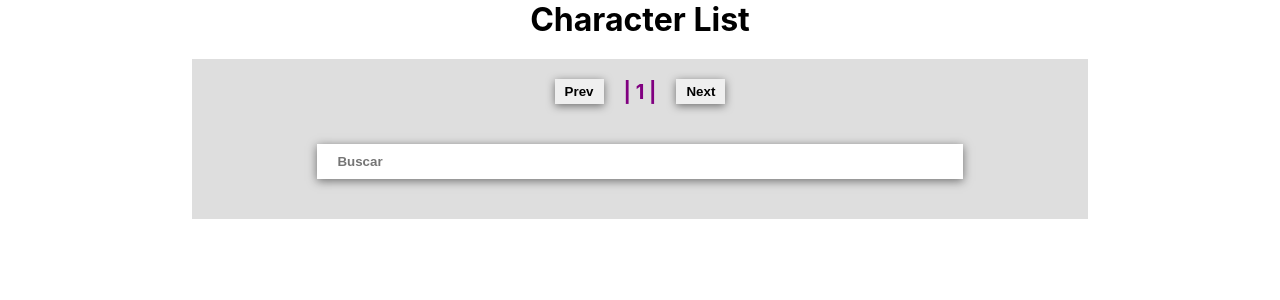
Repository: DanielVegaf/rick-and-morty-api
Page: /
An editor plug-in stored every save of this project. The page is shown before and after the next save, followed by the edit.
The browser window is 1280 px wide. The pictures show the whole page.
The page's requests for data from a server got no answer. The project was rebuilt for these pictures with package versions that can differ from the ones it lists, and the page was loaded fresh each time. No one was signed in, and anything a server would have sent is missing. Also part of the build but not shown: vite.config.js, src/components/characterDetails/CharacterDetails.jsx.

Above is the page before, as saved 2022-07-11 12:19:29.

### src/App.jsx
import { Routes, Route } from 'react-router-dom';

import './App.css'
import { CharacterDetails } from './components/characterDetails/CharacterDetails';
import { CharactersList } from './components/characterList/CharactersList';


function App() {

  return (
    <div className="App">
        <Routes>
          <Route path='/' element={<CharactersList />}/>
          <Route path='/character/:characterId' element={<CharacterDetails />}/>
        </Routes>
    </div>
  )
}

export default App

### src/App.css
:root{
  --ShadowBox: 0 2px 9px rgb(0, 0, 0, 0.5);
}

*{
  margin: 0;
  padding: 0;
  box-sizing: border-box;
  text-decoration: none;
}

.App {
  display: flex;
  flex-direction: column;
  align-items: center;
  text-align: center;
}

.container{
  width: 70%;
  margin: 20px;
  background-color: rgb(222, 222, 222);
}

.buttons{
  display: flex;
  align-items: center;
  justify-content: center;
  padding: 20px;
}

.buttons button{
  font-weight: bold;
  border: none;
  margin: 0 20px;
  padding: 5px 10px;
  cursor: pointer;
  transition: transform .1s ease-in-out;
  box-shadow: var(--ShadowBox);
}
.buttons button:active {
  transform: scale(.93);
}
.page{
  color: purple;
  font-weight: bold;
  font-size: 20px;
}

input{
  margin: 20px 0 40px;
  padding: 10px 20px;
  border: none;
  box-shadow: var(--ShadowBox);
  font-weight: bold;
  outline: none;
  width: 72%;
}

.gallery{
  display: flex;
  align-items: center;
  justify-content: center;
  margin: 0 0 40px;
}

.infoImage{
  width: 300px;
  height: 300px;
  overflow: hidden;
}

.infoImage img{
  width: inherit;
  height: inherit;
  transition: transform .2s ease-in-out;
}

.infoImage img:hover{
  transition: transform .2s ease-in-out;
  transform: scale(1.1);
}


.info{
  width: 300px;
  box-shadow: var(--ShadowBox);
  color: forestgreen;
  font-weight: bold;
  font-size: 24px;
  cursor: pointer;
}

.info:active{
  transform: scale(.99);
}

.infoName{
  padding: 20px;
  background-color: white;
}

/* Character Details */

.Details{
  /* background-color: blueviolet; */
  display: flex;
  flex-direction: column;
  width: 90%;
  height: 100vh;
}

.GoHome{
  display: flex;
  align-items: center;
  justify-content: center;
  width: 60px;
  padding: 10px;
  margin: 20px 0 40px;
  box-shadow: var(--ShadowBox);
  font-weight: bold;
  cursor: pointer;
  transition: transform .1s ease-in-out;
  background-color: white;
}

.GoHome:active{
  transform: scale(.93);
}

.GoHome a{
  color: purple;
}

### src/components/characterList/CharactersList.jsx
import { useState, useEffect, useRef } from 'react';
import { Link } from 'react-router-dom';

import { getAllCharacters, searchCharacter } from '../../services/api';

export function CharactersList() {

    const inputSearch = useRef(null);
    const [character, setCharacter] = useState([])
    const [page, setPage] = useState(1)
    const [search, setSearch] = useState("")

    useEffect(() => {
        getAllCharacters(page)
            .then(setCharacter)
            .catch(console.log)
    }, [page])

    const onChangePage = (next) => {
        if (!character.previous && page + next <= 0) return;
        if (!character.next && page + next >= 42) return;

        setPage(page + next)
    }

    const onTextSearch = (event) => {
        event.preventDefault();
        const text = inputSearch.current.value;
        setSearch(text);
    }

    const onSearchSubmit = (event) => {
        if (event.key !== 'Enter') return;

        inputSearch.current.value = "";
        searchCharacter(search).then(setCharacter).catch(console.log);
    }

    return (
        <>
            <h1>Character List</h1>
            <div className="container">

                <div className="buttons">
                    <button onClick={() => onChangePage(-1)}>Prev</button>
                    <p className='page'>| {page} |</p>
                    <button onClick={() => onChangePage(1)}>Next</button>
                </div>

                <input
                    ref={inputSearch}
                    type="text"
                    onChange={onTextSearch}
                    onKeyDown={onSearchSubmit}
                    placeholder="Buscar"
                />

                {
                    character?.results?.map((char, index) => {
                        return (
                            <div
                                className='gallery'
                                key={index}
                            >
                                <Link to={`/character/${char.id}`}>
                                    <div className="info">
                                        <div className="infoImage">
                                            <img src={char.image} alt="" />
                                        </div>
                                        <div className="infoName">
                                            <p>{char.name}</p>
                                        </div>
                                    </div>
                                </Link>
                            </div>
                        )
                    })
                }
            </div>
        </>
    );
};

### src/services/api.js
const BASE_URL = "https://rickandmortyapi.com/api/character";

export async function getAllCharacters(page = 1){
    try {
        const response = await fetch(`${BASE_URL}/?page=${page}`);
        const data = await response.json();
        // console.log(data);
        return data;
    } catch (error) {
        console.log(error);
    }
}

export async function searchCharacter(name){
    try {
        const response = await fetch(`${BASE_URL}/?name=${name}`)
        const data = await response.json();
        // console.log(data);
        return data;
    } catch (error) {
        console.log(error);
    }
}


export async function getSingleCharacter(id){
    try {
        const response = await fetch(`${BASE_URL}/${id}`);
        const data = await response.json();
        // console.log(data);
        return data;
    } catch (error) {
        console.log(error);
    }
}

Loaded but not shown: index.html (common file); src/main.jsx (common file); src/index.css (common file)

After the next save:
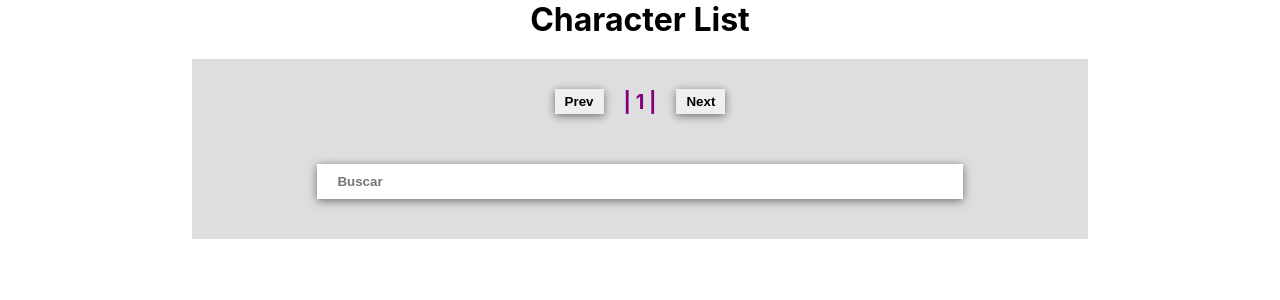
Saved 9 s later.
--- a/src/App.css
+++ b/src/App.css
@@ -26,7 +26,7 @@
   display: flex;
   align-items: center;
   justify-content: center;
-  padding: 20px;
+  padding: 30px;
 }
 
 .buttons button{

After the save that followed:
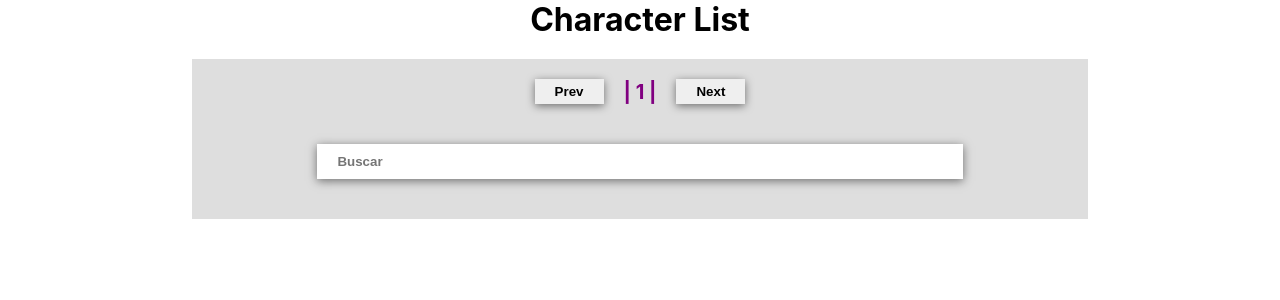
Saved 7 s later.
--- a/src/App.css
+++ b/src/App.css
@@ -26,14 +26,14 @@
   display: flex;
   align-items: center;
   justify-content: center;
-  padding: 30px;
+  padding: 20px;
 }
 
 .buttons button{
   font-weight: bold;
   border: none;
   margin: 0 20px;
-  padding: 5px 10px;
+  padding: 5px 20px;
   cursor: pointer;
   transition: transform .1s ease-in-out;
   box-shadow: var(--ShadowBox);
